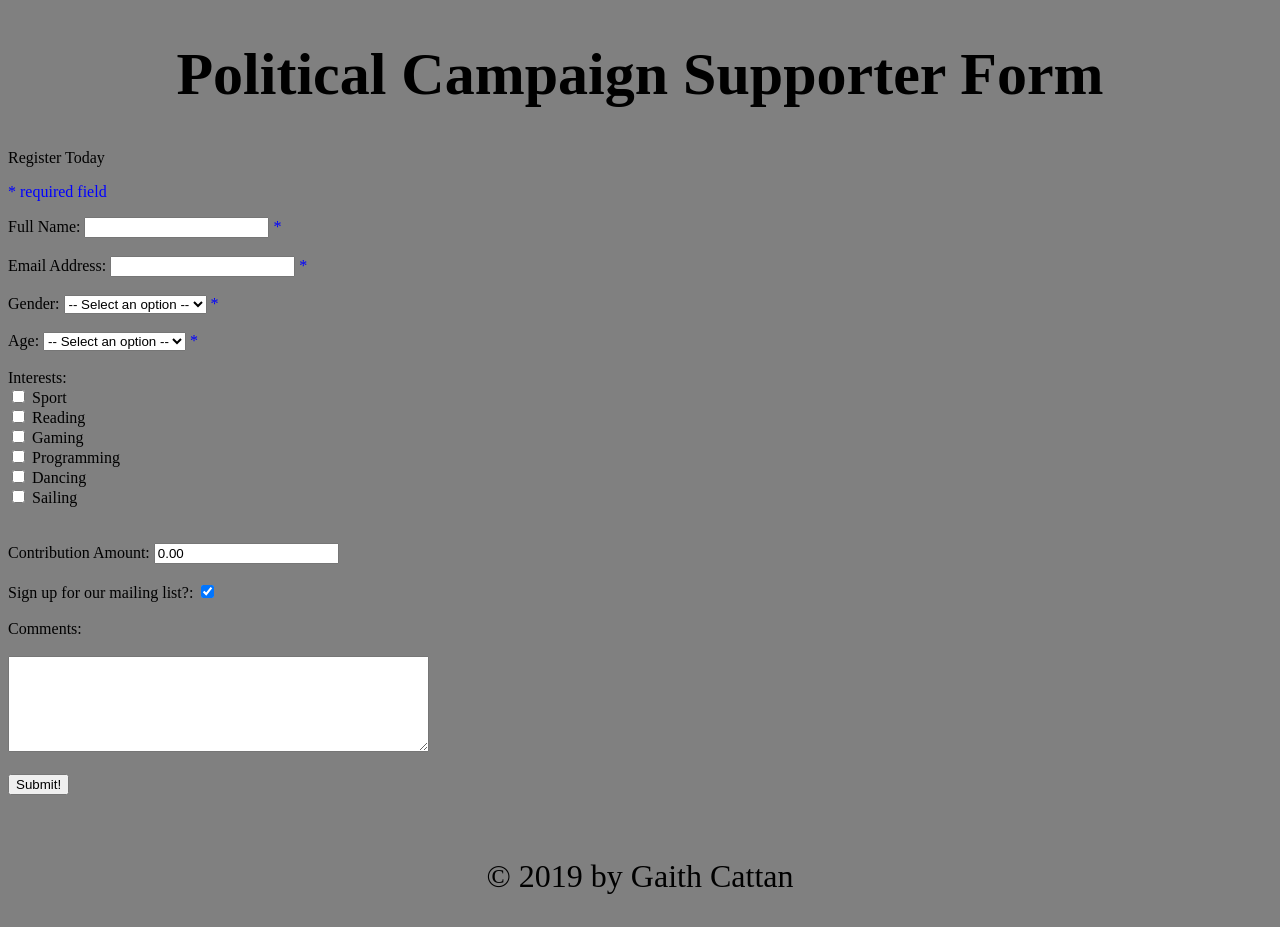
Repository: GaithCattan/COSW30
Page: labwork/lab2/contact.html
The author's editor kept a record of every edit. The page is drawn from the files as they stood at one moment, then again after the next edit.
The browser window is 1280 px wide. The pictures show the whole page.

Above is the page before.

After the next edit:
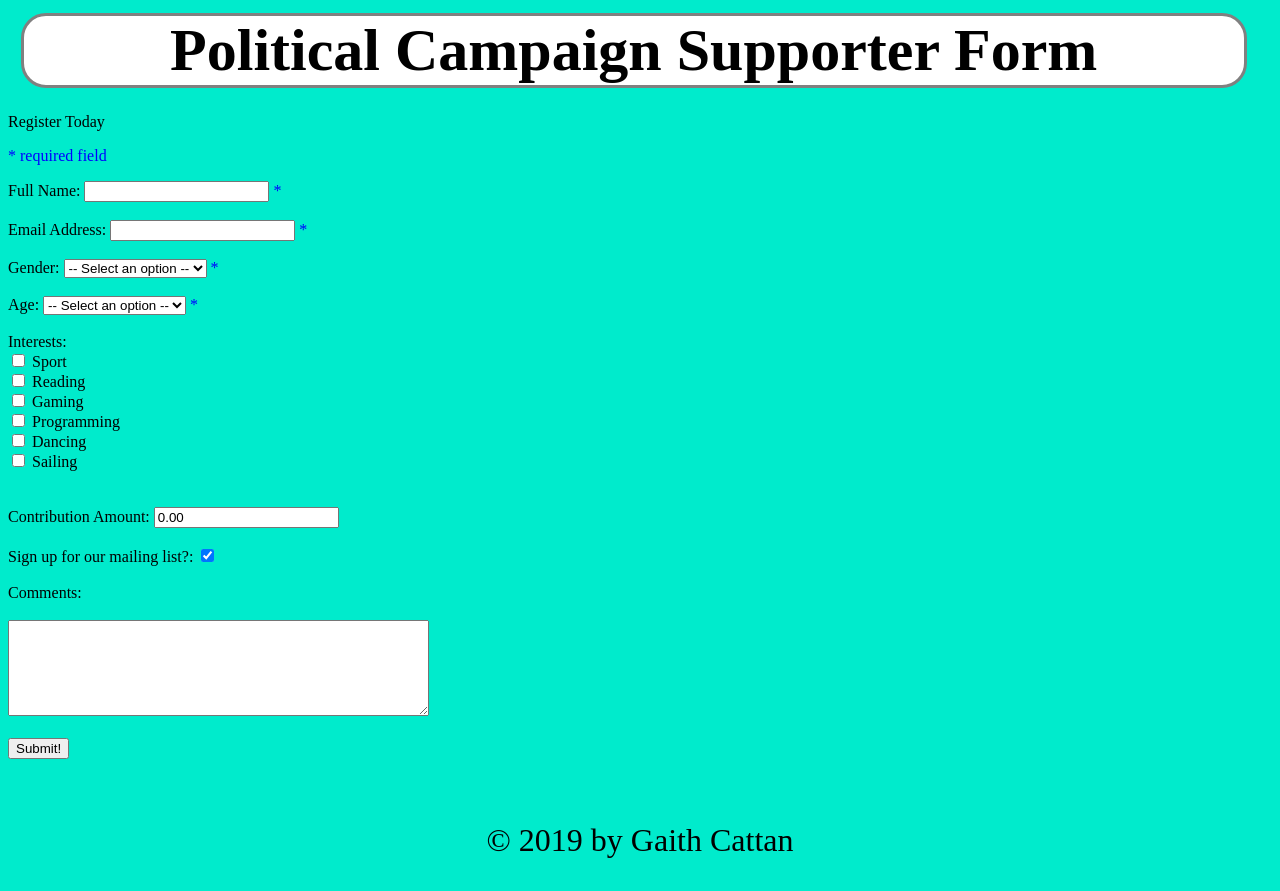
The edit:
--- a/labwork/lab2/contact.html
+++ b/labwork/lab2/contact.html
@@ -5,8 +5,15 @@
          <meta charset="utf-8">
          <title>Political Campaign Supporter Form</title>
         <style>
-          body {background-color: grey;}
-          h1 {text-align: center; font-size: 60px; margin-top: 40px;}
+          body {background-color: #00EBCC;}
+          h1 {text-align: center; font-size: 60px; margin-top: 40px;
+                      border: solid grey; border-radius: 25px;
+                      margin-top: 1%;
+	margin-right: 2%;
+	margin-left: 1%;
+        margin-bottom: 2%;
+                background-color: white;
+          }
           footer {font-size: 2em; color: black; text-align: center; margin-top: 5%;}
           .needed {color: blue;}
         </style>
